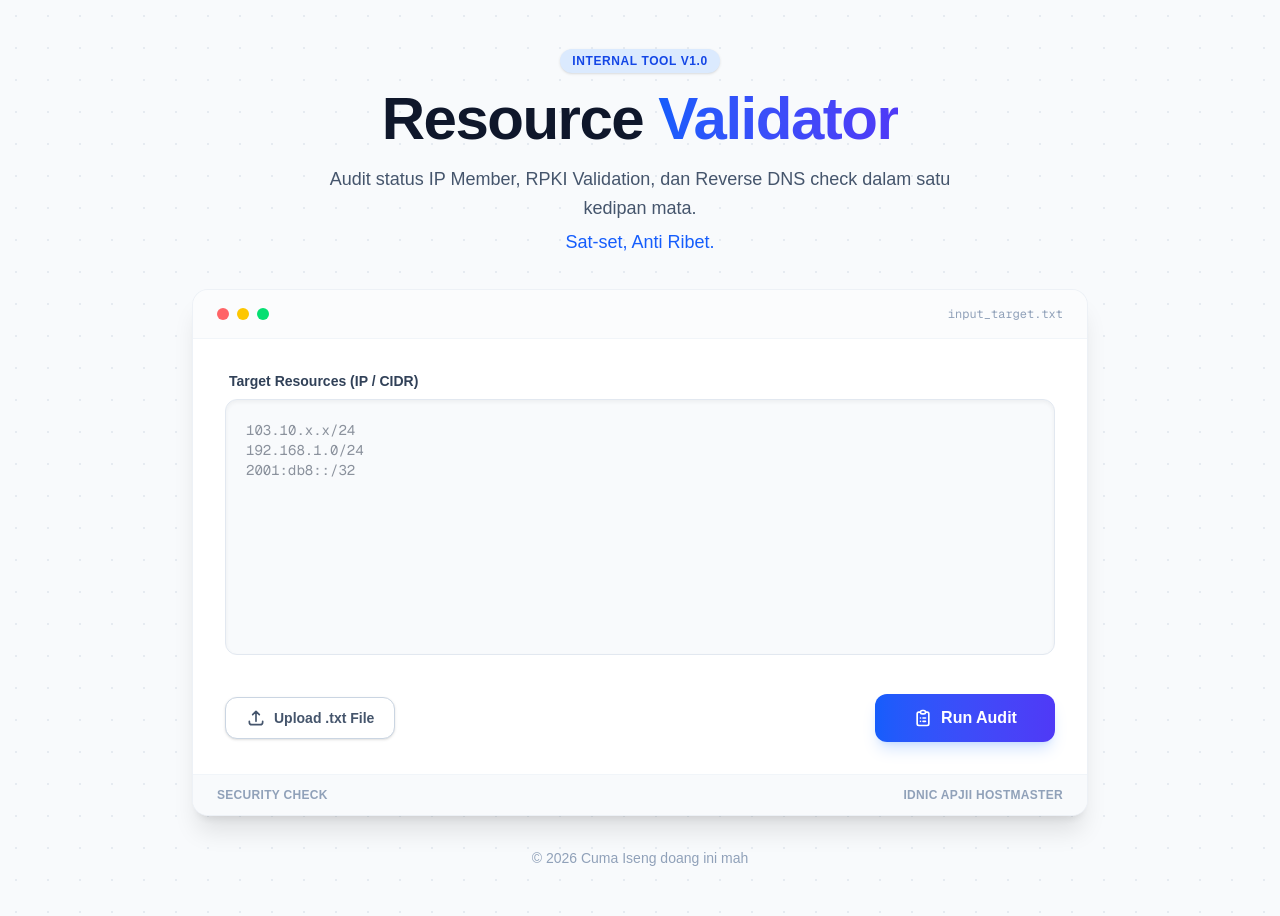
Repository: KilluaProject/resource_validator
Page: /
An editor plug-in stored every save of this project. The page is shown before and after the next save, followed by the edit.
The browser window is 1280 px wide. The pictures show the whole page.
The project was rebuilt for these pictures with package versions that can differ from the ones it lists, and the page was loaded fresh each time. The framework's server and built-in components were replaced by stand-ins that run in the browser. Also part of the build but not shown: next.config.ts, components/ResultModal.tsx.

Above is the page before, as saved 2026-01-08 00:05:41.

### app/layout.tsx
import type { Metadata } from "next";
import { Geist, Geist_Mono } from "next/font/google";
import "./globals.css";

const geistSans = Geist({
  variable: "--font-geist-sans",
  subsets: ["latin"],
});

const geistMono = Geist_Mono({
  variable: "--font-geist-mono",
  subsets: ["latin"],
});

export const metadata: Metadata = {
  title: "Resource Validator",
  description: "Whois, RPKI, & Reverse DNS dalam satu klik",
};

export default function RootLayout({
  children,
}: Readonly<{
  children: React.ReactNode;
}>) {
  return (
    <html lang="en">
      <body
        className={`${geistSans.variable} ${geistMono.variable} antialiased`}
      >
        {children}
      </body>
    </html>
  );
}

### app/page.tsx
"use client";

import { useState } from "react";
import { ScanResult } from "@/types";
import { downloadCSV } from "@/libs/csvHelper";
import ResultModal from "@/components/ResultModal";

export default function Home() {
  // === STATE MANAGEMENT (SAMA KEK KEMAREN) ===
  const [inputText, setInputText] = useState("");
  const [loading, setLoading] = useState(false);
  const [modalData, setModalData] = useState<ScanResult[] | null>(null);

  const handleFileUpload = (e: React.ChangeEvent<HTMLInputElement>) => {
    const file = e.target.files?.[0];
    if (!file) return;
    const reader = new FileReader();
    reader.onload = (event) => {
      if (event.target?.result) setInputText(event.target.result as string);
    };
    reader.readAsText(file);
  };

  const handleScan = async () => {
    if (!inputText.trim()) {
      alert("⚠️ IP-nya mana bro? Kosong nih!");
      return;
    }
    setLoading(true);
    setModalData(null);

    try {
      const response = await fetch('/api/scan', {
        method: "POST",
        headers: { "Content-Type": "application/json" },
        body: JSON.stringify({ raw_text: inputText }),
      });

      if (!response.ok) throw new Error("Gagal konek ke backend");
      const data: ScanResult[] = await response.json();

      if (data.length > 10) {
        downloadCSV(data);
        alert(`🚀 Berhasil scan ${data.length} IP! Laporan otomatis di-download.`);
      } else {
        setModalData(data);
      }
    } catch (error) {
      console.error(error);
      alert("❌ Error: Backend Python belum nyala atau timeout.");
    } finally {
      setLoading(false);
    }
  };

  return (
    // === BACKGROUND DENGAN GRID PATTERN HALUS ===
    <main className="min-h-screen bg-slate-50 relative overflow-hidden flex flex-col items-center py-12 px-4 sm:px-6">

      {/* Background Decoration (Grid) */}
      <div className="absolute inset-0 z-0 opacity-[0.4]"
           style={{ backgroundImage: 'radial-gradient(#cbd5e1 1px, transparent 1px)', backgroundSize: '32px 32px' }}>
      </div>

      {/* Gradient Blob (Pemanis) */}
      <div className="absolute top-0 left-1/2 -translate-x-1/2 w-[800px] h-[400px] bg-blue-200/40 blur-[100px] rounded-full -z-10 pointer-events-none"></div>

      <div className="w-full max-w-4xl z-10 flex flex-col gap-8">

        {/* === HEADER SECTION === */}
        <div className="text-center space-y-4">
          <span className="inline-block py-1 px-3 rounded-full bg-blue-100 text-blue-700 text-xs font-bold tracking-wider uppercase shadow-sm">
            Internal Tool v1.0
          </span>
          <h1 className="text-5xl md:text-6xl font-extrabold tracking-tight text-slate-900">
            Resource <span className="text-transparent bg-clip-text bg-gradient-to-r from-blue-600 to-indigo-600">Validator</span>
          </h1>
          <p className="text-lg text-slate-600 max-w-2xl mx-auto leading-relaxed">
            Audit status IP Member, RPKI Validation, dan Reverse DNS check dalam satu kedipan mata.
            <span className="block mt-1 font-medium text-blue-600">Sat-set, Anti Ribet.</span>
          </p>
        </div>

        {/* === CARD UTAMA === */}
        <div className="bg-white rounded-2xl shadow-xl border border-slate-200/60 overflow-hidden backdrop-blur-sm">

          {/* Card Header */}
          <div className="bg-slate-50/50 px-6 py-4 border-b border-slate-100 flex justify-between items-center">
            <div className="flex gap-2">
              <div className="w-3 h-3 rounded-full bg-red-400"></div>
              <div className="w-3 h-3 rounded-full bg-yellow-400"></div>
              <div className="w-3 h-3 rounded-full bg-green-400"></div>
            </div>
            <span className="text-xs font-mono text-slate-400">input_target.txt</span>
          </div>

          <div className="p-6 md:p-8 space-y-6">

            {/* INPUT AREA */}
            <div className="relative group">
              <label className="block text-sm font-bold text-slate-700 mb-2 ml-1">
                Target Resources (IP / CIDR)
              </label>
              <textarea
                value={inputText}
                onChange={(e) => setInputText(e.target.value)}
                placeholder={"103.10.x.x/24\n192.168.1.0/24\n2001:db8::/32"}
                className="w-full h-64 p-5 bg-slate-50 border border-slate-200 rounded-xl focus:ring-2 focus:ring-blue-500 focus:border-blue-500 transition-all resize-none font-mono text-sm text-slate-800 shadow-inner group-hover:bg-white"
                spellCheck={false}
              />
              {/* Tombol Clear (Floating) */}
              {inputText && (
                <button
                  onClick={() => setInputText("")}
                  className="absolute top-10 right-4 text-xs bg-slate-200 hover:bg-red-100 hover:text-red-600 text-slate-500 px-3 py-1 rounded-md transition-colors font-medium z-20"
                >
                  Clear All
                </button>
              )}
            </div>

            {/* ACTION BAR */}
            <div className="flex flex-col md:flex-row gap-4 items-center justify-between pt-2">

              {/* File Upload (Custom Design) */}
              <div className="w-full md:w-auto">
                <label className="flex items-center justify-center gap-2 cursor-pointer bg-white border border-slate-300 hover:border-blue-400 hover:text-blue-600 text-slate-600 py-2.5 px-5 rounded-xl transition-all shadow-sm group">
                  <svg className="w-5 h-5 group-hover:scale-110 transition-transform" fill="none" stroke="currentColor" viewBox="0 0 24 24"><path strokeLinecap="round" strokeLinejoin="round" strokeWidth={2} d="M4 16v1a3 3 0 003 3h10a3 3 0 003-3v-1m-4-8l-4-4m0 0L8 8m4-4v12" /></svg>
                  <span className="text-sm font-semibold">Upload .txt File</span>
                  <input type="file" accept=".txt" onChange={handleFileUpload} className="hidden" />
                </label>
              </div>

              {/* Submit Button */}
              <button
                onClick={handleScan}
                disabled={loading}
                className={`w-full md:w-auto py-3 px-8 rounded-xl font-bold text-white transition-all shadow-lg shadow-blue-500/20 flex items-center justify-center gap-2 min-w-[180px]
                  ${loading
                    ? "bg-slate-400 cursor-not-allowed opacity-80"
                    : "bg-gradient-to-r from-blue-600 to-indigo-600 hover:to-indigo-700 hover:scale-[1.02]"
                  }`}
              >
                {loading ? (
                  <>
                    <svg className="animate-spin h-5 w-5 text-white" xmlns="http://www.w3.org/2000/svg" fill="none" viewBox="0 0 24 24">
                      <circle className="opacity-25" cx="12" cy="12" r="10" stroke="currentColor" strokeWidth="4"></circle>
                      <path className="opacity-75" fill="currentColor" d="M4 12a8 8 0 018-8V0C5.373 0 0 5.373 0 12h4zm2 5.291A7.962 7.962 0 014 12H0c0 3.042 1.135 5.824 3 7.938l3-2.647z"></path>
                    </svg>
                    <span className="animate-pulse">Analyzing...</span>
                  </>
                ) : (
                  <>
                    <svg className="w-5 h-5" fill="none" stroke="currentColor" viewBox="0 0 24 24"><path strokeLinecap="round" strokeLinejoin="round" strokeWidth={2} d="M9 5H7a2 2 0 00-2 2v12a2 2 0 002 2h10a2 2 0 002-2V7a2 2 0 00-2-2h-2M9 5a2 2 0 002 2h2a2 2 0 002-2M9 5a2 2 0 012-2h2a2 2 0 012 2m-3 7h3m-3 4h3m-6-4h.01M9 16h.01" /></svg>
                    <span>Run Audit</span>
                  </>
                )}
              </button>
            </div>

          </div>

          {/* Card Footer (Info) */}
          <div className="bg-slate-50 px-6 py-3 border-t border-slate-100 flex justify-between items-center text-[10px] md:text-xs text-slate-400 uppercase tracking-wide font-semibold">
            <span>Security Check</span>
            <span>IDNIC APJII Hostmaster</span>
          </div>

        </div>

        {/* Footer Text */}
        <p className="text-center text-slate-400 text-sm">
          &copy; {new Date().getFullYear()} Cuma Iseng doang ini mah
        </p>

      </div>

      {/* Modal Result */}
      {modalData && (
        <ResultModal
          data={modalData}
          onClose={() => {
            setModalData(null);
            setInputText("");
          }}
        />
      )}
    </main>
  );
}

### libs/csvHelper.ts
import { ScanResult } from "../types";

export const downloadCSV = (data: ScanResult[]) => {
  // HEADER LENGKAP
  const headers = [
    "Target CIDR",
    "Parent Netname",
    "Parent Inetnum",
    "Parent Description",
    "Sub-Allocations (Children)",
    "RPKI Status",
    "RPKI Detail",
    "IRR Objects",
    "Global Visibility",
    "Reverse DNS (PTR)"
  ];

  // DATA MAPPING
  const rows = data.map((item) => [
    item.cidr,
    item.parent_name,
    item.parent_net,
    item.parent_desc,
    item.children,
    item.rpki_status,
    item.rpki_detail,
    item.irr_objects,
    item.visibility,
    item.ptr_record,
  ]);

  const csvContent =
    "data:text/csv;charset=utf-8," +
    headers.join(",") + "\n" +
    rows.map((e) =>
      // Kita bungkus pake tanda kutip biar kalau ada koma di dalem teks gak hancur kolomnya
      e.map(cell => `"${String(cell).replace(/"/g, '""')}"`).join(",")
    ).join("\n");

  const encodedUri = encodeURI(csvContent);
  const link = document.createElement("a");
  link.setAttribute("href", encodedUri);
  link.setAttribute("download", `Full_Audit_Report_${new Date().toISOString().slice(0,10)}.csv`);
  document.body.appendChild(link);
  link.click();
  document.body.removeChild(link);
};

Loaded but not shown: app/globals.css (common file)

After the next save:
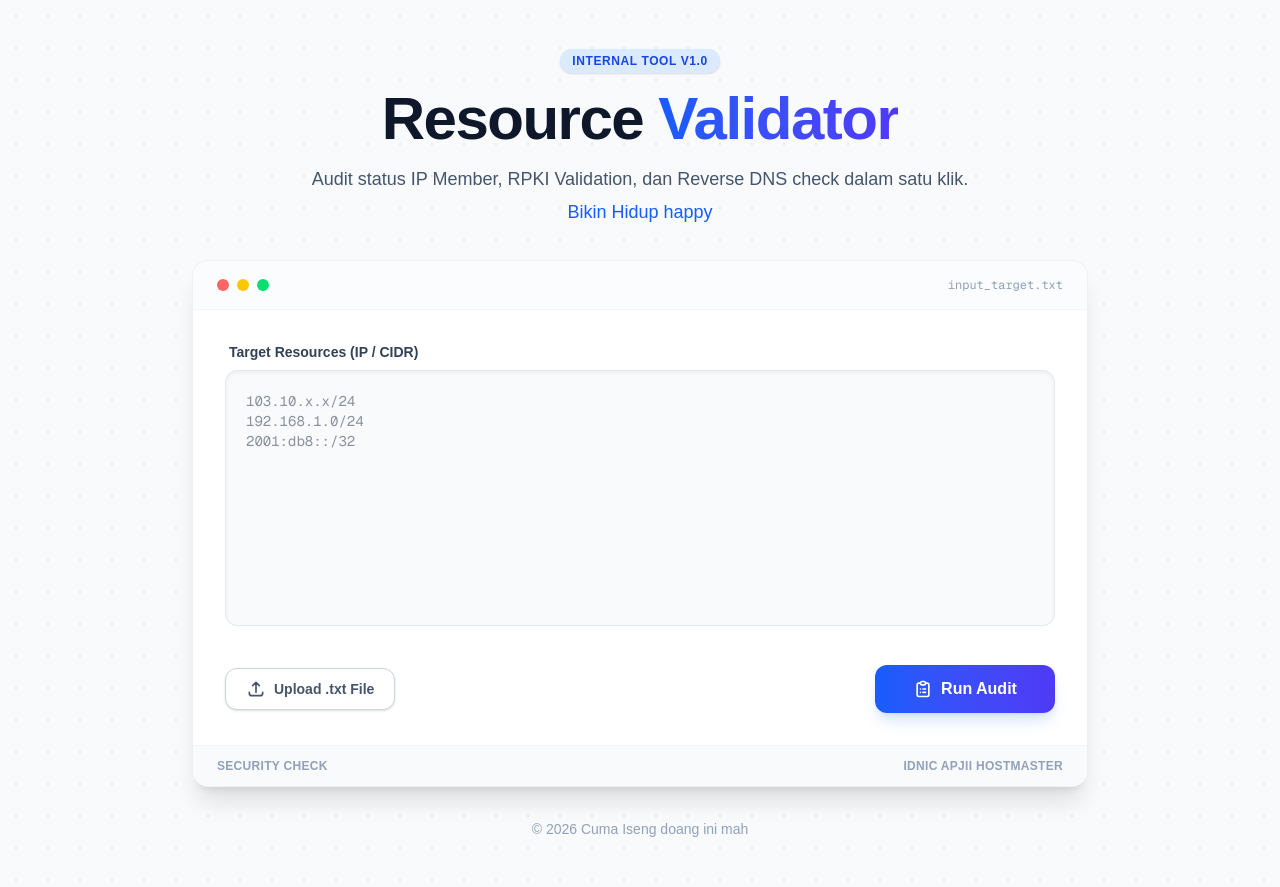
Saved 25 min 57 s later.
--- a/app/page.tsx
+++ b/app/page.tsx
@@ -76,8 +76,8 @@ export default function Home() {
             Resource <span className="text-transparent bg-clip-text bg-gradient-to-r from-blue-600 to-indigo-600">Validator</span>
           </h1>
           <p className="text-lg text-slate-600 max-w-2xl mx-auto leading-relaxed">
-            Audit status IP Member, RPKI Validation, dan Reverse DNS check dalam satu kedipan mata.
-            <span className="block mt-1 font-medium text-blue-600">Sat-set, Anti Ribet.</span>
+            Audit status IP Member, RPKI Validation, dan Reverse DNS check dalam satu klik.
+            <span className="block mt-1 font-medium text-blue-600">Bikin Hidup happy</span>
           </p>
         </div>
 
